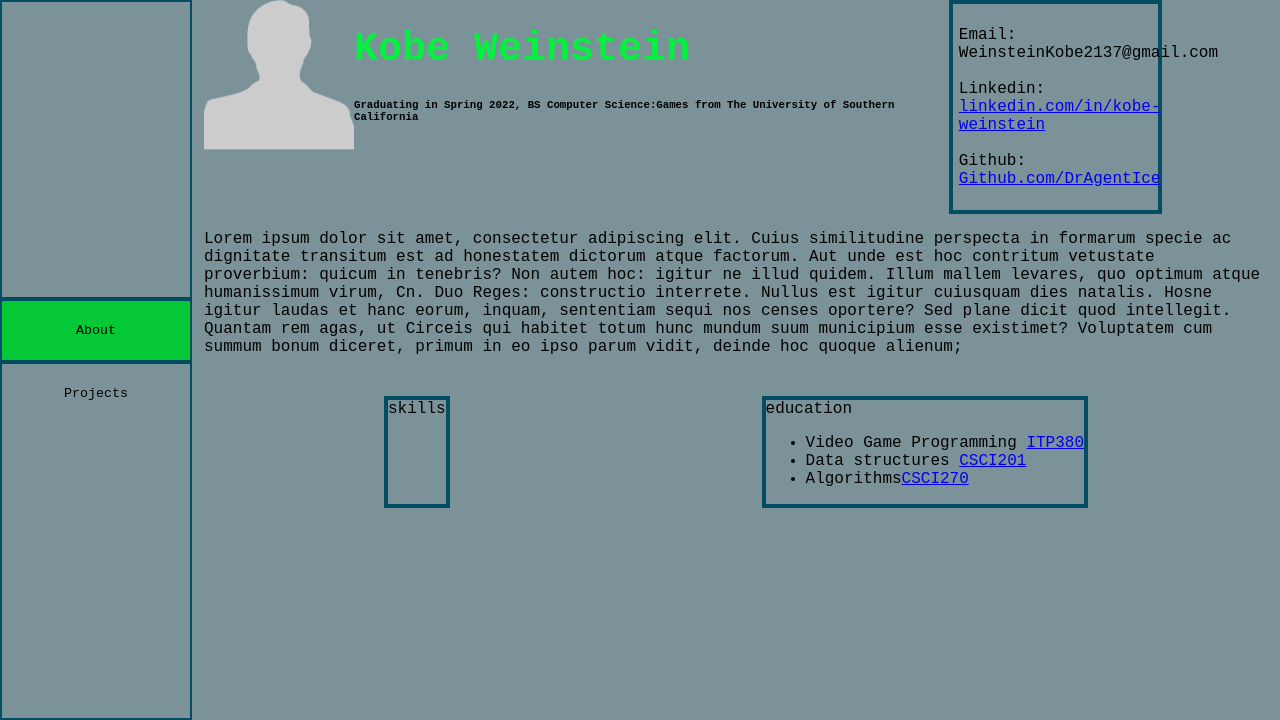
Repository: DrAngentIce/Kobe.Weinstein
Page: PortfollioSite/WebContent/Index.html
These files come from the project's save history. The page is drawn as it stood at one moment and after the next save; the edit follows.
The browser window is 1280 px wide. The pictures show the whole page.

Above is the page before, as saved 2021-01-15 04:24:53.

After the next save:
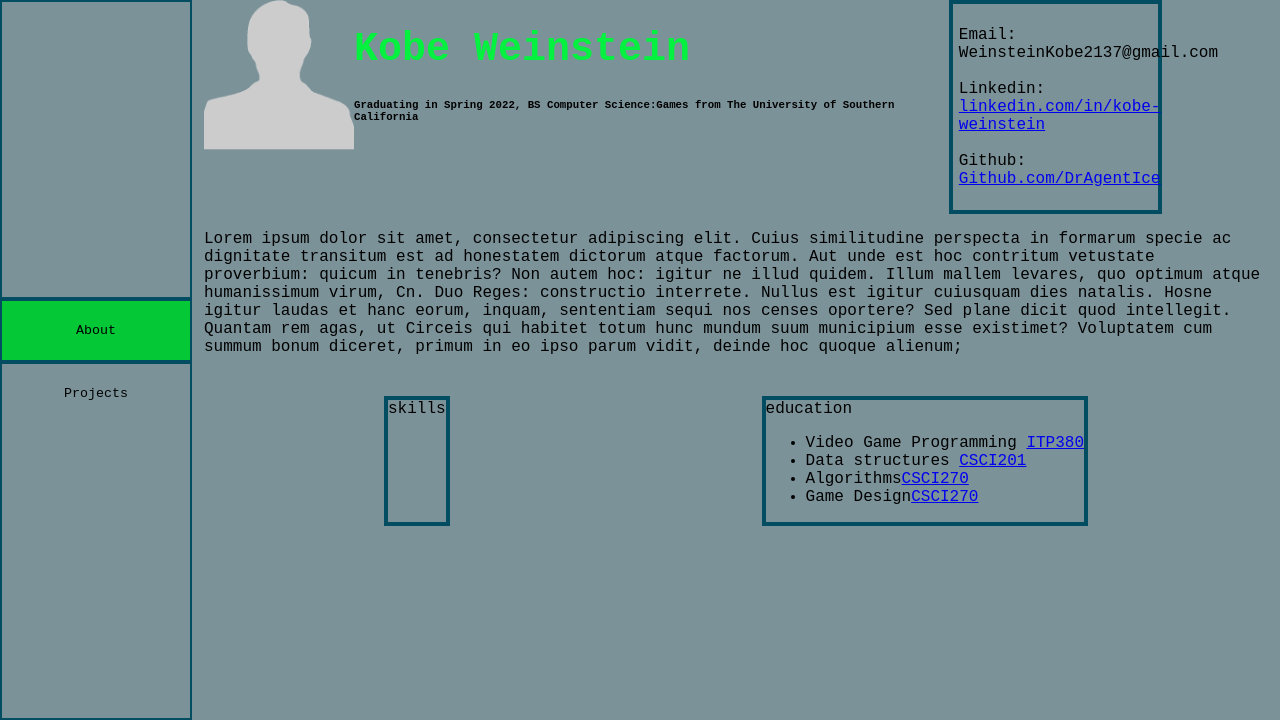
Saved 10 min 5 s later.
--- a/PortfollioSite/WebContent/Index.html
+++ b/PortfollioSite/WebContent/Index.html
@@ -244,6 +244,7 @@ function openProject(evt, projectName)
 		<li>Video Game Programming <a href="https://web-app.usc.edu/soc/syllabus/20201/31902.pdf">ITP380</a></li>
 		<li>Data structures <a href="https://web-app.usc.edu/ws/soc_archive/soc/term-20201/course/csci-201/index.html">CSCI201</a></li>
 		<li>Algorithms<a href="https://classes.usc.edu/term-20203/course/csci-270/">CSCI270</a></li>
+		<li>Game Design<a href="https://classes.usc.edu/term-20201/course/ctin-484/">CSCI270</a></li>
 	</ul>
 	</div>
 
